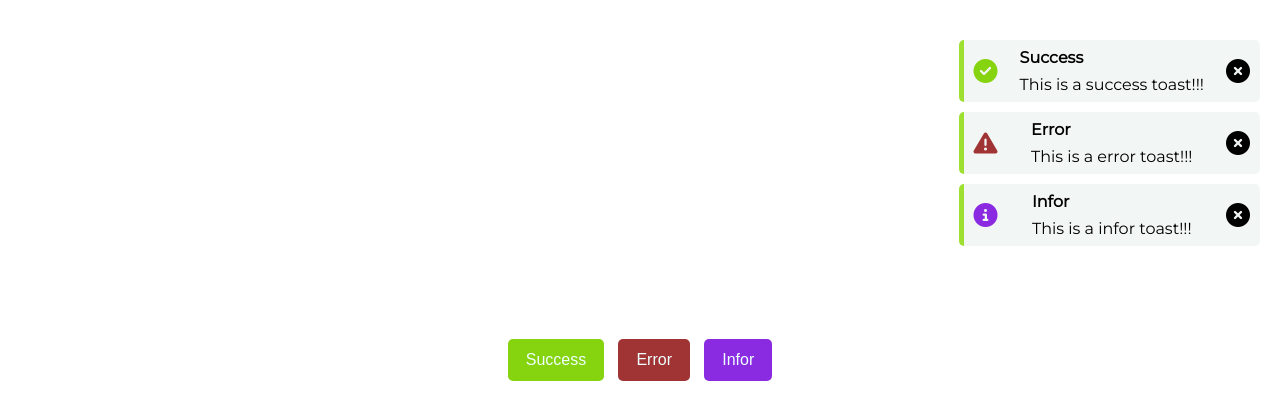
Repository: thuynguyen0964/Toast-Cooler
Page: index.html
These files come from the project's save history. The page is drawn as it stood at one moment and after a run of saves; the edit follows.
The browser window is 1280 px wide. The pictures show the whole page.
The first visible `.btn` is being pressed.

Above is the page before, as saved 2023-01-26 20:39:07.

### index.html
<!DOCTYPE html>
<html lang="en">
  <head>
    <meta charset="UTF-8" />
    <meta http-equiv="X-UA-Compatible" content="IE=edge" />
    <meta name="viewport" content="width=device-width, initial-scale=1.0" />
    <title>Toast Mess Cooler</title>
    <link
      href="https://fonts.googleapis.com/css2?family=Montserrat:wght@300;400&display=swap"
      rel="stylesheet"
    />
    <link
      rel="stylesheet"
      href="https://cdnjs.cloudflare.com/ajax/libs/font-awesome/6.2.1/css/all.min.css"
    />
    <link rel="stylesheet" href="./app/style.css" />
  </head>
  <body>
    <ul class="container">
      <li class="toast success">
        <div class="icon">
          <i class="fa-solid fa-circle-check"></i>
        </div>
        <div class="toast__text">
          <h4 class="toast__title">Success</h4>
          <p class="toast__desc">This is a success toast!!!</p>
        </div>
        <div class="icon__close">
          <i class="fa-solid fa-circle-xmark"></i>
        </div>
      </li>
      <li class="toast error">
        <div class="icon">
            <i class="fa-solid fa-triangle-exclamation"></i>
        </div>
        <div class="toast__text">
          <h4 class="toast__title">Error</h4>
          <p class="toast__desc">This is a error toast!!!</p>
        </div>
        <div class="icon__close">
         <i class="fa-solid fa-circle-xmark"></i>
        </div>
      </li>
      <li class="toast infor">
        <div class="icon">
            <i class="fa-solid fa-circle-info"></i>
        </div>
        <div class="toast__text">
          <h4 class="toast__title">Infor</h4>
          <p class="toast__desc">This is a infor toast!!!</p>
        </div>
        <div class="icon__close">
          <i class="fa-solid fa-circle-xmark"></i>
        </div>
      </li>
    </ul>

    <div class="button__set">
        <button class="btn" id="success">Success</button>
        <button class="btn" id="error">Error</button>
        <button class="btn" id="infor">Infor</button>
    </div>
  </body>
</html>

### app/style.css
*{
    margin: 0;
    padding: 0;
    box-sizing: border-box;
}
body{
    font-family: "Montserrat", sans-serif;
    display: flex;
    align-items: center;
    justify-content: center;
    min-height: 100vh;
}
.container{
    position: fixed;
    top: 30px;
    right: 20px;
}
.toast{
    width: 350x;
    list-style: none;
    border-left: 5px solid #9de031;
    border-radius: 5px;
    display: flex;
    align-items: center;
    justify-content: space-between;
    background-color: #e1ebe671;
    margin: 10px 0;
}
.toast__text{
    padding: 0 12px;
}
.toast__desc,
.toast__title{
    margin: 8px 0;
}
.icon__close,
.icon{
    padding:0 10px;
    font-size: 24px;
}
.icon__close{
    cursor: pointer;
}

.success .icon{
    color:#86d410 ;
}
.error .icon{
    color: #a03333;
}
.infor .icon{
    color: blueviolet;
}

.btn{
    font-size: 16px;
    color: azure;
    border: unset;
    outline: none;
    padding: 12px 18px;
    margin: 0 5px;
    border-radius: 5px;
    cursor: pointer;
}
.btn:active{
    transform: ;
}
.btn#success{
    background-color: #86d410;
}
.btn#error{
    background-color: #a03333;
}
.btn#infor{
    background-color: blueviolet;
}

After the next 2 saves:
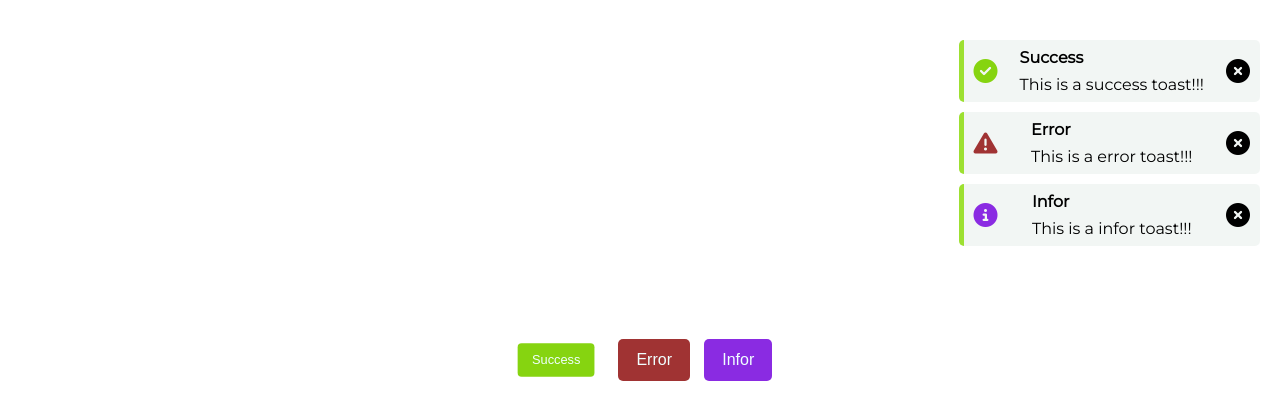
The 2 saves are shown as one change because they came seconds apart.
The last was saved 7 s later.
--- a/app/style.css
+++ b/app/style.css
@@ -63,7 +63,7 @@ body{
     cursor: pointer;
 }
 .btn:active{
-    transform: ;
+    transform: scale(0.8);
 }
 .btn#success{
     background-color: #86d410;
